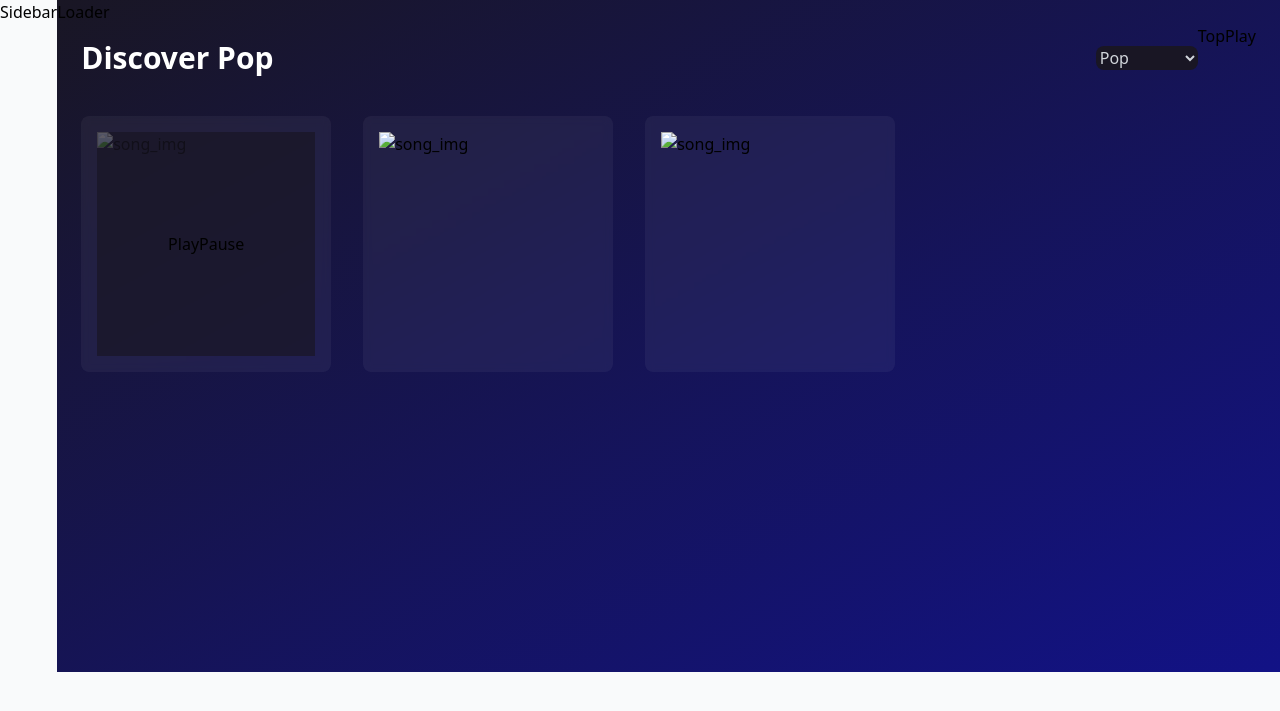
Repository: Chris24T/Dotify
Page: /
These files come from the project's save history. The page is drawn as it stood at one moment and after the next save; the edit follows.
The browser window is 1280 px wide. The pictures show the whole page.
The project was rebuilt for these pictures with package versions that can differ from the ones it lists, and the page was loaded fresh each time. Also part of the build but not shown: vite.config.js, src/components/ArtistCard.jsx, src/components/DetailsHeader.jsx, src/components/SongBar.jsx, src/components/RelatedSongs.jsx, src/components/MusicPlayer/Controls.jsx, src/components/MusicPlayer/Player.jsx, src/components/MusicPlayer/Seekbar.jsx and 12 more.

Above is the page before, as saved 2022-12-03 22:07:17.

After the next save:
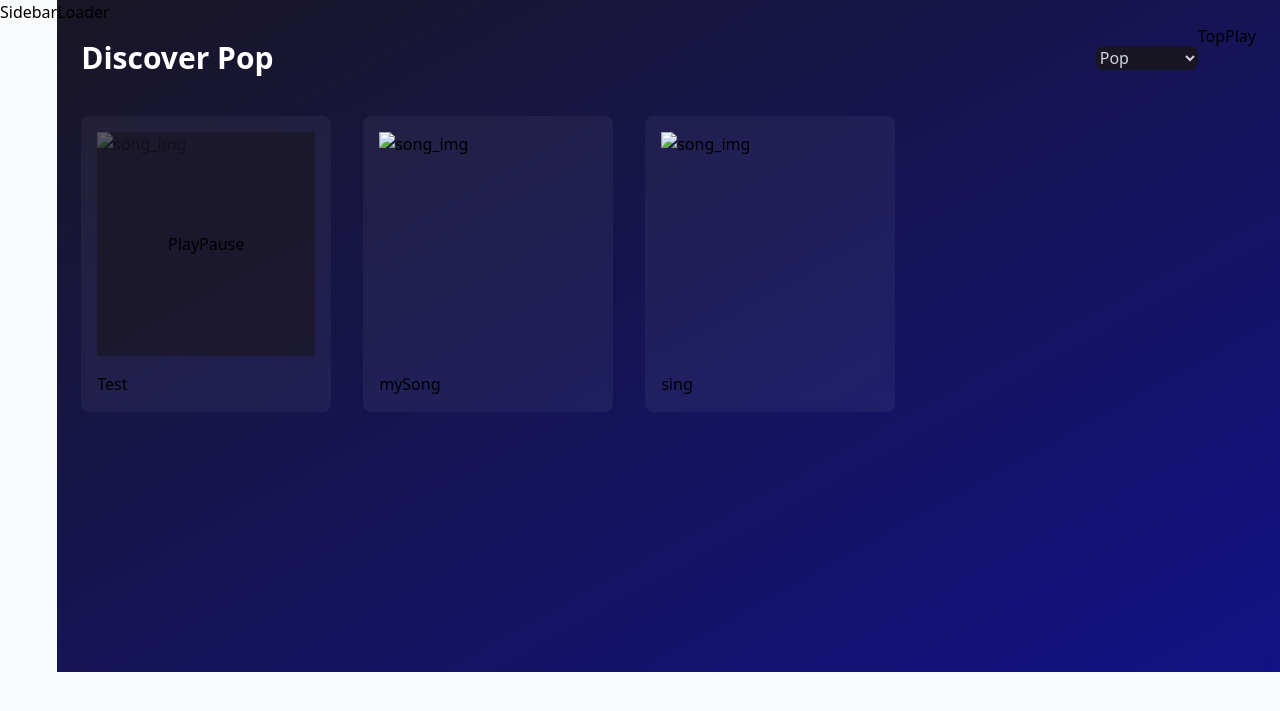
Saved 77 s later.
--- a/src/components/SongCard.jsx
+++ b/src/components/SongCard.jsx
@@ -25,6 +25,14 @@ const SongCard = ({ song, i }) => {
         </div>
         <img alt="song_img" src={song.image?.coverart} />
       </div>
+      <div className="mt-4 flex flex-col">
+        <p>
+          <Link>{song.title}</Link>
+        </p>
+        <p>
+          <Link>{song.subtitle}</Link>
+        </p>
+      </div>
     </div>
   );
 };
